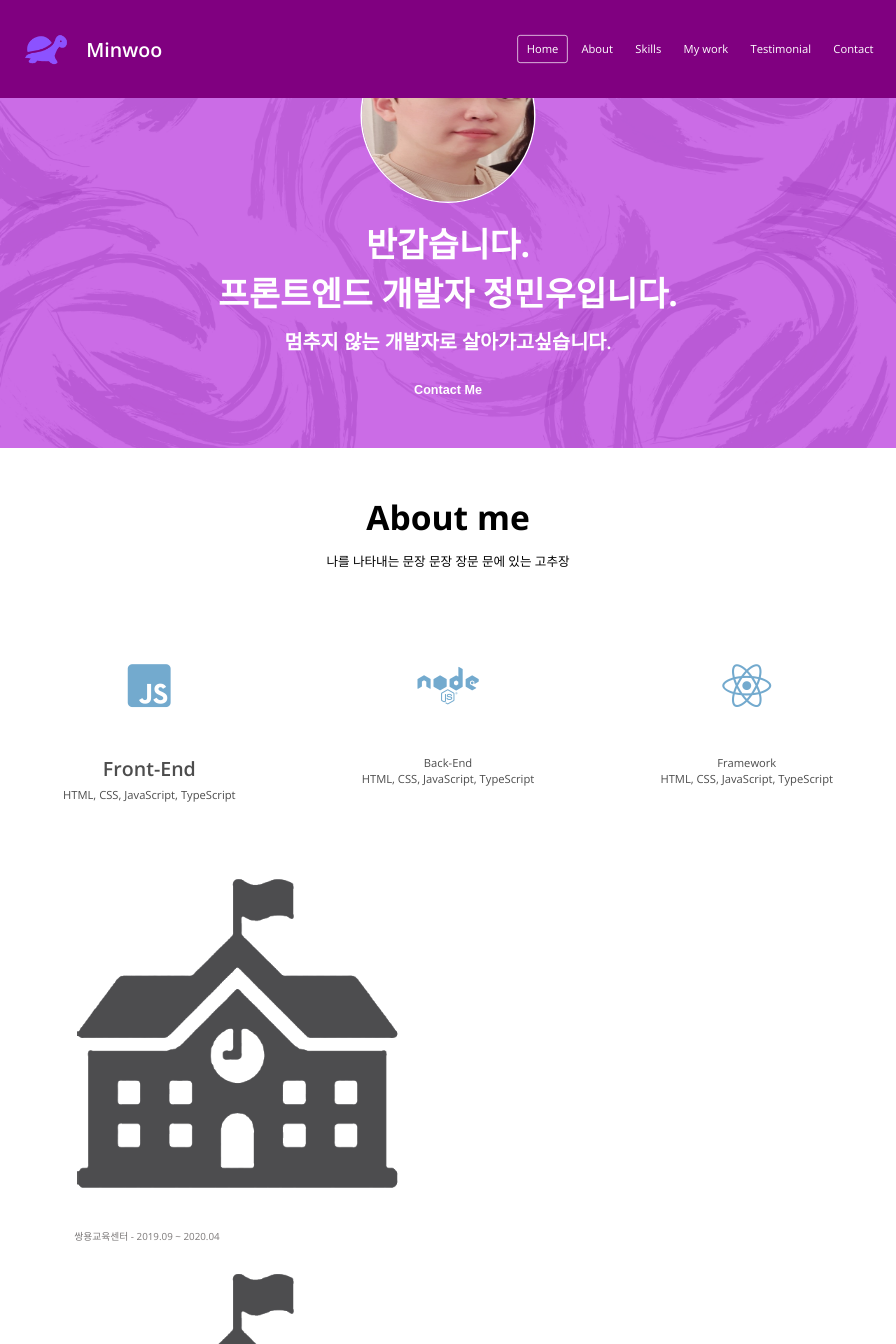
Repository: DevMinwoo-Jung/MinwooPortfolio
Page: index.html
These files come from the project's save history. The page is drawn as it stood at one moment and after the next save; the edit follows.
The browser window is 1280 px wide. The pictures show the part of the page from y = 0 to 1920 px (the page is 5199 px tall before and 5319 px after), at 70% of full size.

Above is the page before, as saved 2021-06-01 15:17:47.

After the next save:
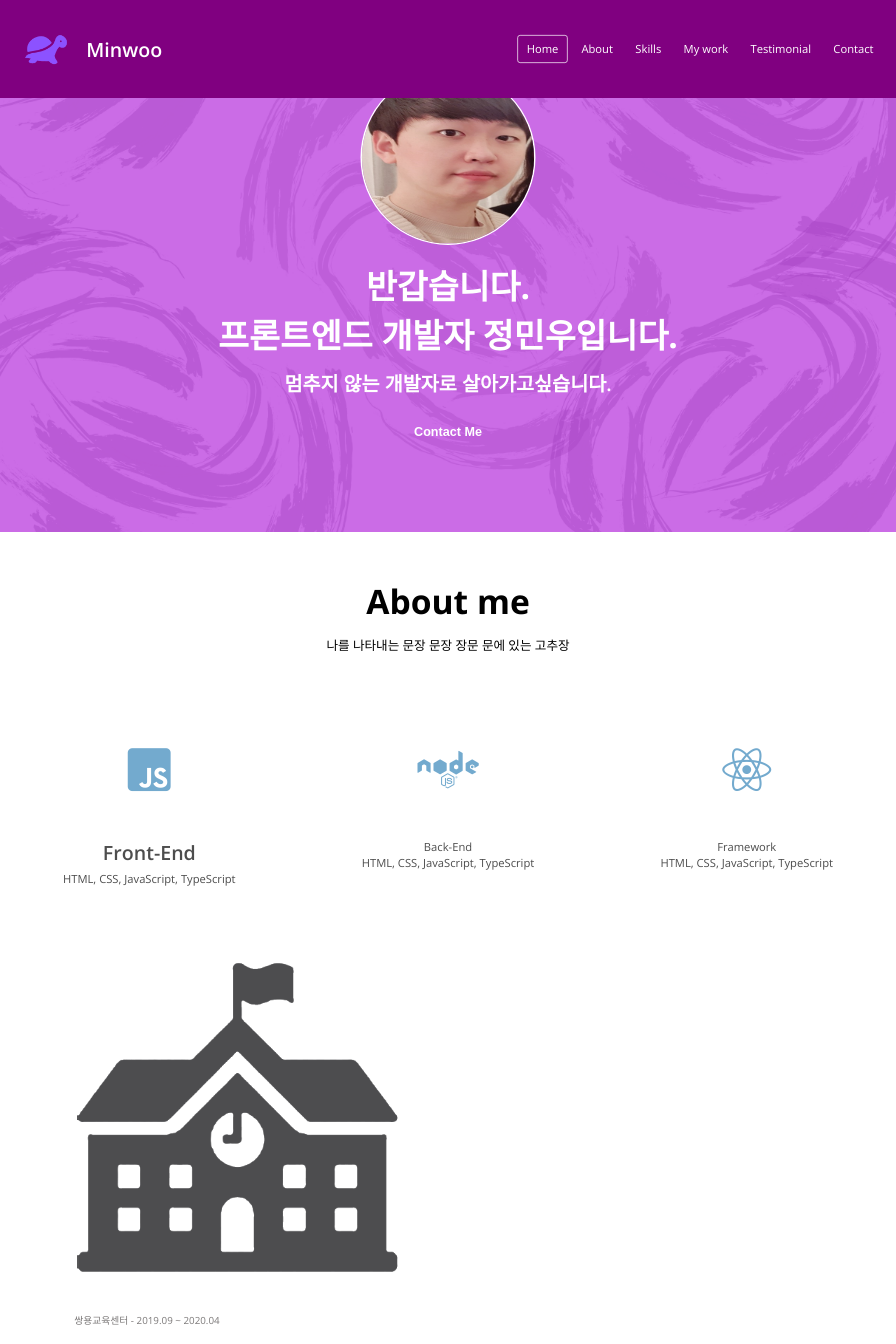
Saved 39 s later.
--- a/style.css
+++ b/style.css
@@ -155,7 +155,7 @@ button {
 /* Home */
 #home {
   background: url("imgs/background\ Img.png") center/cover no-repeat;
-  padding: 40px;
+  padding: 100px;
   text-align: center;
 }
 
